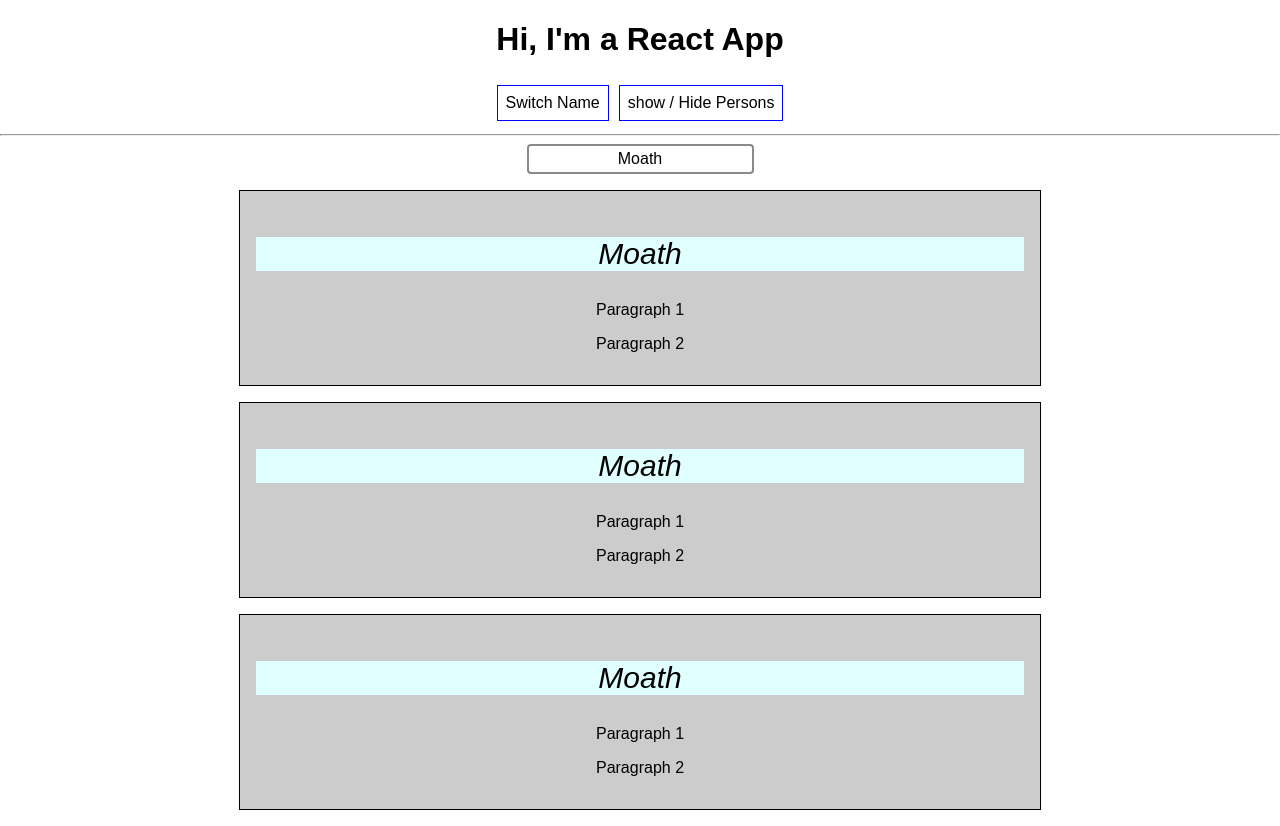
Repository: MuathYHKefayah/React-Basics
Page: /
The author's editor kept a copy of each file at every save. The page is drawn from the files as they stood at one save, then again after the next save.
The browser window is 1280 px wide. The pictures show the whole page.
The project was rebuilt for these pictures with package versions that can differ from the ones it lists, and the page was loaded fresh each time. Also part of the build but not shown: src/Person/Person.css, src/Person/Person.js.

Above is the page before, as saved 2020-12-12 13:15:09.

After the next save:
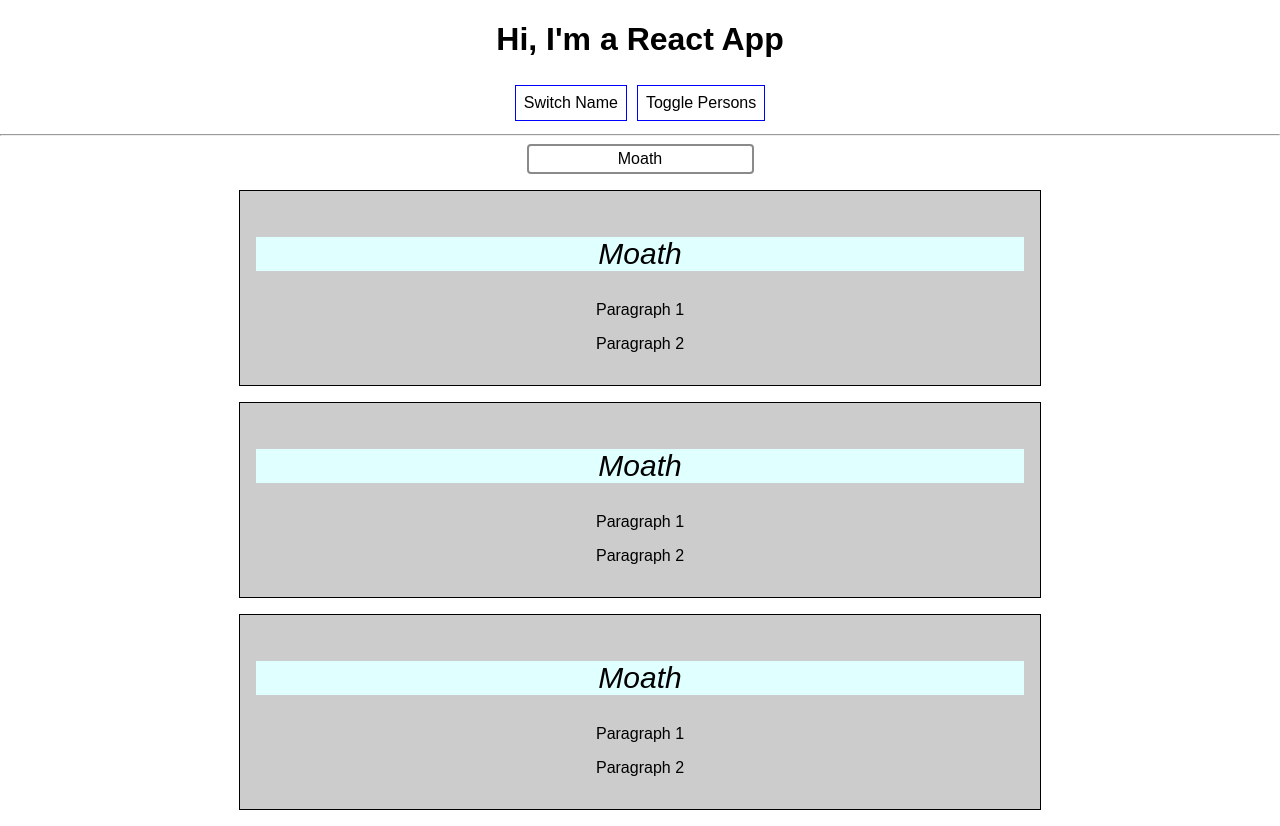
Saved 117 s later.
--- a/src/App.js
+++ b/src/App.js
@@ -68,7 +68,7 @@ class App extends Component {
           onClick={() => this.switchNameHandler('Moath!!', 30)}>Switch Name</button>
         <button
           style={style}
-          onClick={this.togglePersonsHandler}> show / Hide Persons</button>
+          onClick={this.togglePersonsHandler}> Toggle Persons</button>
         { this.state.showPersons ?
             <div>
               <Person name={this.state.persons[0].name} age={this.state.persons[0].age}/>
@@ -81,8 +81,6 @@ class App extends Component {
               <Person name={this.state.persons[2].name} age={this.state.persons[2].age}/>
             </div> : null
         }
-
-
         <hr/>
         <UserInput
           name={this.state.username}
